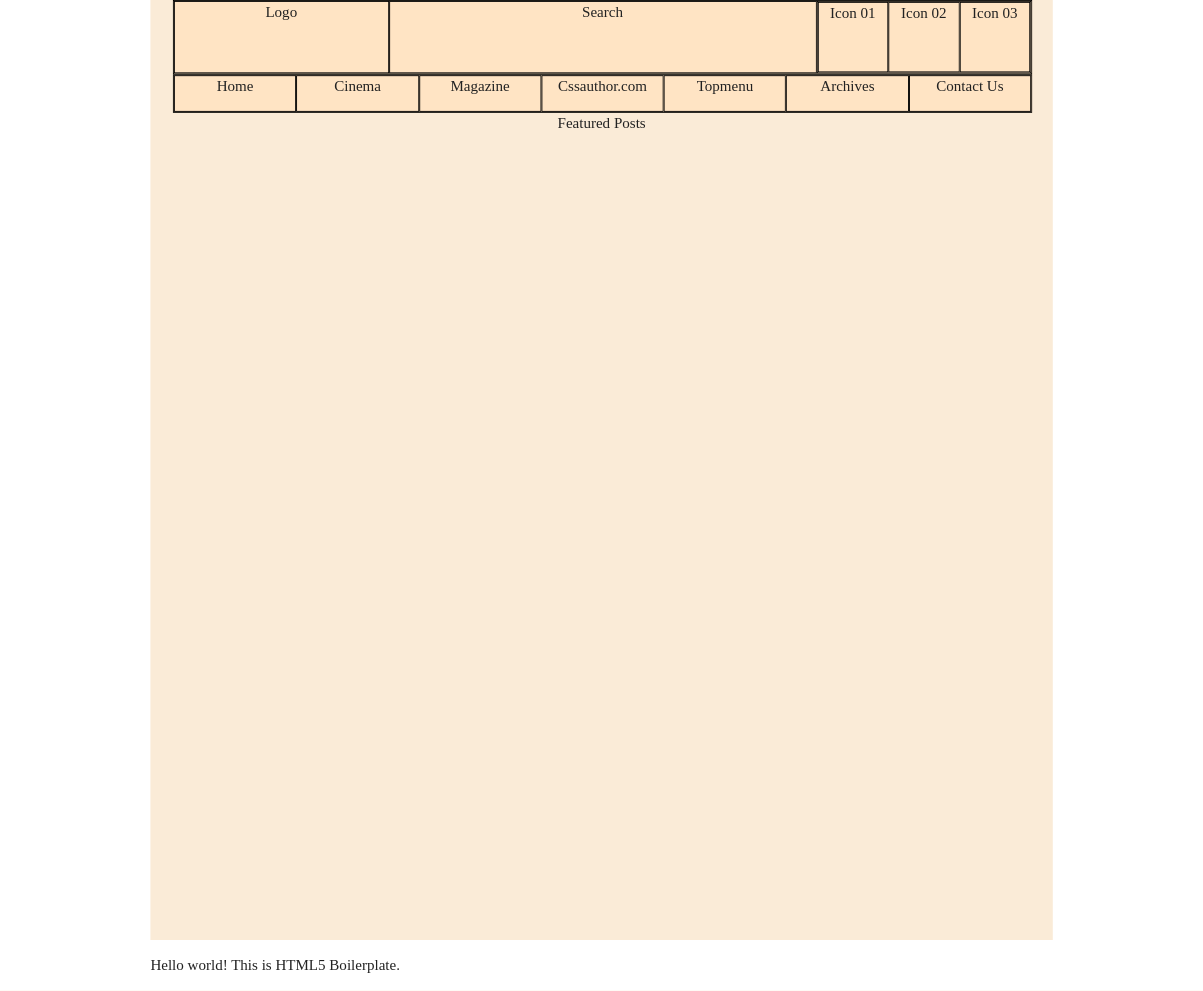
Repository: giovanabirck/cover-magazine-giovanabirck
Page: index.html
The author's editor kept a copy of each file at every save. The page is drawn from the files as they stood at one save, then again after the next save.
The browser window is 1280 px wide. The pictures show the whole page, at 94% of full size.

Above is the page before, as saved 2023-01-13 17:20:23.

### index.html
<!doctype html>
<html class="no-js" lang="">

<head>
  <meta charset="utf-8">
  <title></title>
  <meta name="description" content="">
  <meta name="viewport" content="width=device-width, initial-scale=1">

  <meta property="og:title" content="">
  <meta property="og:type" content="">
  <meta property="og:url" content="">
  <meta property="og:image" content="">

  <link rel="manifest" href="site.webmanifest">
  <link rel="apple-touch-icon" href="icon.png">
  <!-- Place favicon.ico in the root directory -->

  <link rel="stylesheet" href="css/normalize.css">
  <link rel="stylesheet" href="css/main.css">

  <meta name="theme-color" content="#fafafa">
</head>

<body>

  <div class="main-container">

    <div class="header">
      <div class="header-content">
        <div class="header-content-logo">Logo</div>
        <div class="header-content-search">Search</div>
        <div class="header-content-icons">
          <div class="header-content-icons-un">Icon 01</div>
          <div class="header-content-icons-un">Icon 02</div>
          <div class="header-content-icons-un">Icon 03</div>
        </div>
      </div>
      <div class="header-menu">
        <div class="header-menu-un">Home</div>
        <div class="header-menu-un">Cinema</div>
        <div class="header-menu-un">Magazine</div>
        <div class="header-menu-un">Cssauthor.com</div>
        <div class="header-menu-un">Topmenu</div>
        <div class="header-menu-un">Archives</div>
        <div class="header-menu-un">Contact Us</div>
      </div>
    </div>

    <div class="featured">
      Featured Posts
    </div>

  </div>


  <!-- Add your site or application content here -->
  <p>Hello world! This is HTML5 Boilerplate.</p>
  <script src="js/vendor/modernizr-3.11.2.min.js"></script>
  <script src="js/plugins.js"></script>
  <script src="js/main.js"></script>

  <!-- Google Analytics: change UA-XXXXX-Y to be your site's ID. -->
  <script>
    window.ga = function () { ga.q.push(arguments) }; ga.q = []; ga.l = +new Date;
    ga('create', 'UA-XXXXX-Y', 'auto'); ga('set', 'anonymizeIp', true); ga('set', 'transport', 'beacon'); ga('send', 'pageview')
  </script>
  <script src="https://www.google-analytics.com/analytics.js" async></script>
</body>

</html>

### css/main.css
/*! HTML5 Boilerplate v8.0.0 | MIT License | https://html5boilerplate.com/ */

/* main.css 2.1.0 | MIT License | https://github.com/h5bp/main.css#readme */
/*
 * What follows is the result of much research on cross-browser styling.
 * Credit left inline and big thanks to Nicolas Gallagher, Jonathan Neal,
 * Kroc Camen, and the H5BP dev community and team.
 */

/* ==========================================================================
   Base styles: opinionated defaults
   ========================================================================== */

html {
  color: #222;
  font-size: 1em;
  line-height: 1.4;
  margin: 0px 160px 0px 160px;
}

/*
 * Remove text-shadow in selection highlight:
 * https://twitter.com/miketaylr/status/12228805301
 *
 * Vendor-prefixed and regular ::selection selectors cannot be combined:
 * https://stackoverflow.com/a/16982510/7133471
 *
 * Customize the background color to match your design.
 */

::-moz-selection {
  background: #b3d4fc;
  text-shadow: none;
}

::selection {
  background: #b3d4fc;
  text-shadow: none;
}

/*
 * A better looking default horizontal rule
 */

hr {
  display: block;
  height: 1px;
  border: 0;
  border-top: 1px solid #ccc;
  margin: 1em 0;
  padding: 0;
}

/*
 * Remove the gap between audio, canvas, iframes,
 * images, videos and the bottom of their containers:
 * https://github.com/h5bp/html5-boilerplate/issues/440
 */

audio,
canvas,
iframe,
img,
svg,
video {
  vertical-align: middle;
}

/*
 * Remove default fieldset styles.
 */

fieldset {
  border: 0;
  margin: 0;
  padding: 0;
}

/*
 * Allow only vertical resizing of textareas.
 */

textarea {
  resize: vertical;
}

/* ==========================================================================
   Author's custom styles
   ========================================================================== */

/* ==========================================================================
   Helper classes
   ========================================================================== */

/*
 * Hide visually and from screen readers
 */

.hidden,
[hidden] {
  display: none !important;
}

/*
 * Hide only visually, but have it available for screen readers:
 * https://snook.ca/archives/html_and_css/hiding-content-for-accessibility
 *
 * 1. For long content, line feeds are not interpreted as spaces and small width
 *    causes content to wrap 1 word per line:
 *    https://medium.com/@jessebeach/beware-smushed-off-screen-accessible-text-5952a4c2cbfe
 */

.sr-only {
  border: 0;
  clip: rect(0, 0, 0, 0);
  height: 1px;
  margin: -1px;
  overflow: hidden;
  padding: 0;
  position: absolute;
  white-space: nowrap;
  width: 1px;
  /* 1 */
}

/*
 * Extends the .sr-only class to allow the element
 * to be focusable when navigated to via the keyboard:
 * https://www.drupal.org/node/897638
 */

.sr-only.focusable:active,
.sr-only.focusable:focus {
  clip: auto;
  height: auto;
  margin: 0;
  overflow: visible;
  position: static;
  white-space: inherit;
  width: auto;
}

/*
 * Hide visually and from screen readers, but maintain layout
 */

.invisible {
  visibility: hidden;
}

/*
 * Clearfix: contain floats
 *
 * For modern browsers
 * 1. The space content is one way to avoid an Opera bug when the
 *    `contenteditable` attribute is included anywhere else in the document.
 *    Otherwise it causes space to appear at the top and bottom of elements
 *    that receive the `clearfix` class.
 * 2. The use of `table` rather than `block` is only necessary if using
 *    `:before` to contain the top-margins of child elements.
 */

.clearfix::before,
.clearfix::after {
  content: " ";
  display: table;
}

.clearfix::after {
  clear: both;
}

/* ==========================================================================
   EXAMPLE Media Queries for Responsive Design.
   These examples override the primary ('mobile first') styles.
   Modify as content requires.
   ========================================================================== */

@media only screen and (min-width: 35em) {
  /* Style adjustments for viewports that meet the condition */
}

@media print,
  (-webkit-min-device-pixel-ratio: 1.25),
  (min-resolution: 1.25dppx),
  (min-resolution: 120dpi) {
  /* Style adjustments for high resolution devices */
}

/* ==========================================================================
   Print styles.
   Inlined to avoid the additional HTTP request:
   https://www.phpied.com/delay-loading-your-print-css/
   ========================================================================== */

@media print {
  *,
  *::before,
  *::after {
    background: #fff !important;
    color: #000 !important;
    /* Black prints faster */
    box-shadow: none !important;
    text-shadow: none !important;
  }

  a,
  a:visited {
    text-decoration: underline;
  }

  a[href]::after {
    content: " (" attr(href) ")";
  }

  abbr[title]::after {
    content: " (" attr(title) ")";
  }

  /*
   * Don't show links that are fragment identifiers,
   * or use the `javascript:` pseudo protocol
   */
  a[href^="#"]::after,
  a[href^="javascript:"]::after {
    content: "";
  }

  pre {
    white-space: pre-wrap !important;
  }

  pre,
  blockquote {
    border: 1px solid #999;
    page-break-inside: avoid;
  }

  /*
   * Printing Tables:
   * https://web.archive.org/web/20180815150934/http://css-discuss.incutio.com/wiki/Printing_Tables
   */
  thead {
    display: table-header-group;
  }

  tr,
  img {
    page-break-inside: avoid;
  }

  p,
  h2,
  h3 {
    orphans: 3;
    widows: 3;
  }

  h2,
  h3 {
    page-break-after: avoid;
  }
}

.main-container{
  background-color: antiquewhite;
  width: 100%;
  height: 1000px;
  display: flex;
  flex-direction: column;
  align-items: center;
}

.header {
  background-color:cadetblue;
  width: 95%;
  height: 120px;
  display: flex;
  flex-direction: column;
  justify-content: center;
}

.header-content{
  background-color: bisque;
  border: solid 1px black;
  width: 100%;
  height: 80px;
  display: flex;
}

.header-content-logo{
  background-color: bisque;
  border: solid 1px black;
  width: 33%;
  text-align: center;
}

.header-content-search{
  background-color: bisque;
  border: solid 1px black;
  width: 66%;
  text-align: center;
}

.header-content-icons{
  background-color: bisque;
  border: solid 1px black;
  width: 33%;
  text-align: center;
  display: flex;
}

.header-content-icons-un{
  background-color: bisque;
  border: solid 1px black;
  width: 100%;
  text-align: center;
}

.header-menu{
  background-color: bisque;
  border: solid 1px black;
  width: 100%;
  height: 40px;
  text-align: center;
  display: flex;
}

.header-menu-un{
  background-color: bisque;
  border: solid 1px black;
  width: 100%;
  text-align: center;
}

.featured{

}

### js/plugins.js
// Avoid `console` errors in browsers that lack a console.
(function() {
  var method;
  var noop = function () {};
  var methods = [
    'assert', 'clear', 'count', 'debug', 'dir', 'dirxml', 'error',
    'exception', 'group', 'groupCollapsed', 'groupEnd', 'info', 'log',
    'markTimeline', 'profile', 'profileEnd', 'table', 'time', 'timeEnd',
    'timeline', 'timelineEnd', 'timeStamp', 'trace', 'warn'
  ];
  var length = methods.length;
  var console = (window.console = window.console || {});

  while (length--) {
    method = methods[length];

    // Only stub undefined methods.
    if (!console[method]) {
      console[method] = noop;
    }
  }
}());

// Place any jQuery/helper plugins in here.

Loaded but not shown: css/normalize.css (library); js/vendor/modernizr-3.11.2.min.js (library); js/main.js (no stored copy; drawn as an empty file)

After the next save:
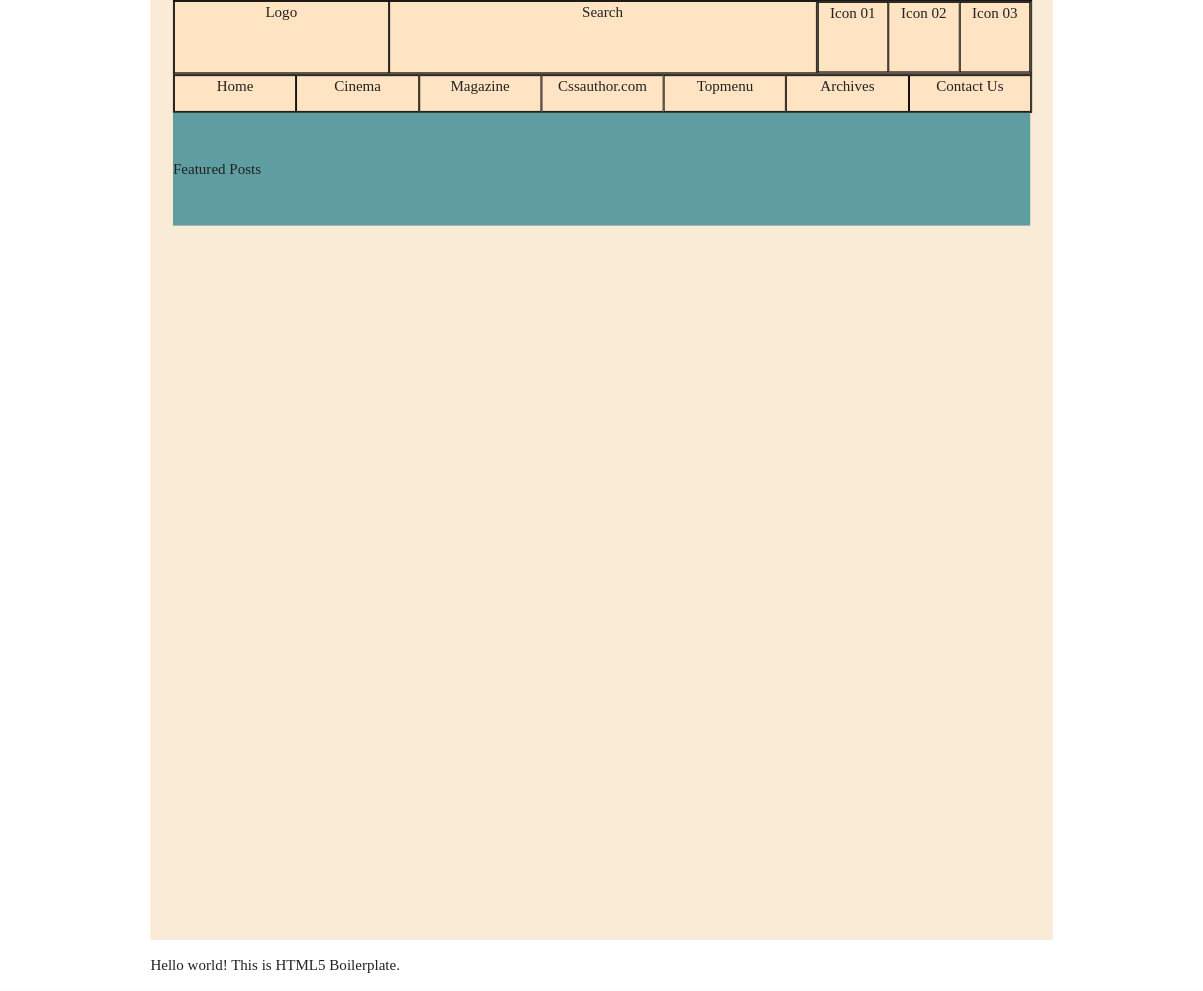
Saved 10 s later.
--- a/css/main.css
+++ b/css/main.css
@@ -334,5 +334,10 @@ textarea {
 }
 
 .featured{
-
-}
+  background-color:cadetblue;
+  width: 95%;
+  height: 120px;
+  display: flex;
+  flex-direction: column;
+  justify-content: center;
+}
